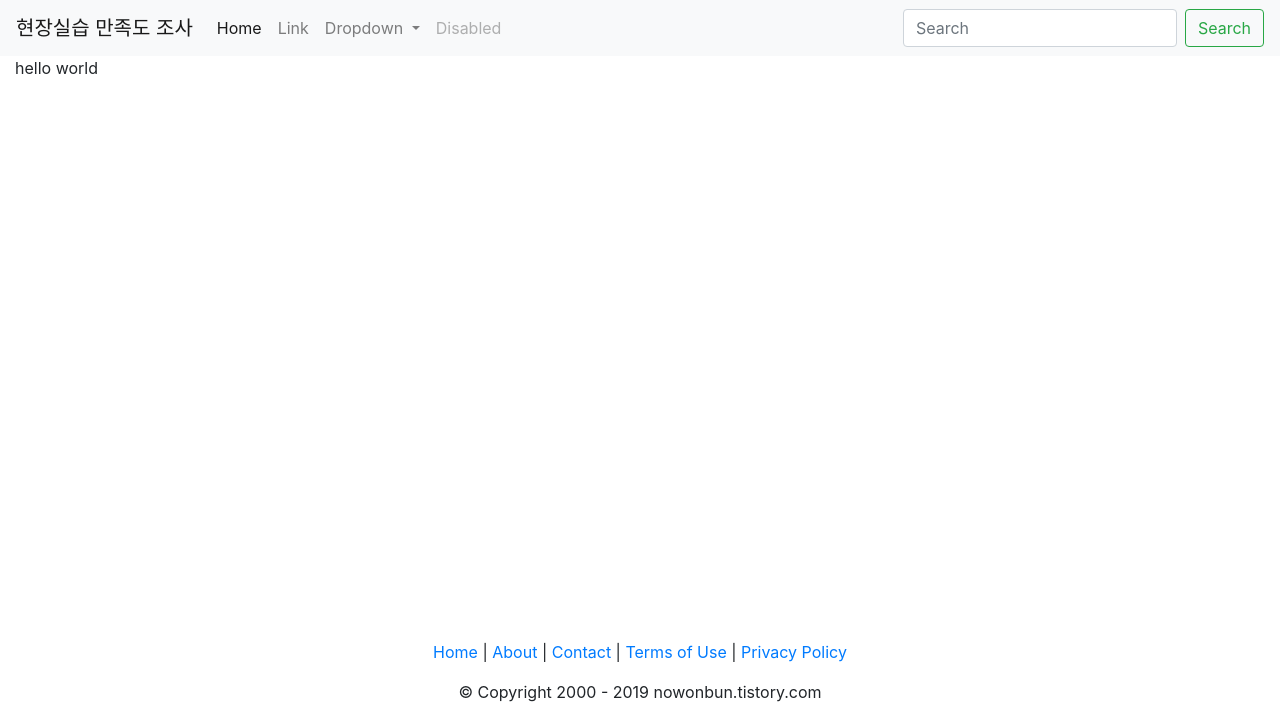
Repository: monho/studentenquete
Page: http://localhost/bsksproject/
These files come from the project's save history. The page is drawn as it stood at one moment and after the next save; the edit follows.
The browser window is 1280 px wide. The pictures show the whole page.
The page is served by Tomcat 9. Other server files are loaded and not shown.

Above is the page before, as saved 2021-10-08 03:19:27.

### bskspro/bsksproject/src/main/webapp/index.jsp
<%@ page language="java" contentType="text/html; charset=utf-8" pageEncoding="utf-8"%>

<!doctype html>
<html>
<head>
  <meta charset="utf-8">
      <link rel="stylesheet" href="./css/custom.css">
  <meta name="viewport" content="width=device-width, initial-scale=1, shrink-to-fit=no">
  <link rel="stylesheet" href="https://stackpath.bootstrapcdn.com/bootstrap/4.3.1/css/bootstrap.min.css" integrity="sha384-ggOyR0iXCbMQv3Xipma34MD+dH/1fQ784/j6cY/iJTQUOhcWr7x9JvoRxT2MZw1T" crossorigin="anonymous">
  <title>현장실습 만족도 조사</title>
</head>
<body>
  <!-- 해더 영역 // 네비게이션과 검색 박스, 모바일의 경우는 토글 버튼이 있다. -->
  <header>
    <nav class="navbar navbar-expand-lg navbar-light bg-light">
      <!-- 타이틀 -->
      <a class="navbar-brand" href="#">현장실습 만족도 조사</a>
      <!-- 모바일의 경우 토클 메뉴 버튼 -->
      <button class="navbar-toggler" type="button" data-toggle="collapse" data-target="#navbarSupportedContent" aria-controls="navbarSupportedContent" aria-expanded="false" aria-label="Toggle navigation">
        <span class="navbar-toggler-icon"></span>
      </button>
      <!-- 메뉴 -->
      <div class="collapse navbar-collapse" id="navbarSupportedContent">
        <ul class="navbar-nav mr-auto">
          <li class="nav-item active">
            <a class="nav-link" href="#">Home <span class="sr-only">(current)</span></a>
          </li>
          <li class="nav-item">
            <a class="nav-link" href="#">Link</a>
          </li>
          <li class="nav-item dropdown">
            <a class="nav-link dropdown-toggle" href="#" id="navbarDropdown" role="button" data-toggle="dropdown" aria-haspopup="true" aria-expanded="false">
              Dropdown
            </a>
            <div class="dropdown-menu" aria-labelledby="navbarDropdown">
              <a class="dropdown-item" href="#">Action</a>
              <a class="dropdown-item" href="#">Another action</a>
              <div class="dropdown-divider"></div>
              <a class="dropdown-item" href="#">Something else here</a>
            </div>
          </li>
          <li class="nav-item">
            <a class="nav-link disabled" href="#" tabindex="-1" aria-disabled="true">Disabled</a>
          </li>
        </ul>
        <!-- 검색 박스 -->
        <form class="form-inline my-2 my-lg-0">
          <input class="form-control mr-sm-2" type="search" placeholder="Search" aria-label="Search">
          <button class="btn btn-outline-success my-2 my-sm-0" type="submit">Search</button>
        </form>
      </div>
    </nav>
  </header>
  <!-- 메인 min-height는 내가 넣어서 최소 높이 설정을 했다. 푸터가 화면 하단에 생길수 있도록... -->
  <div class="container-fluid" style="min-height: calc(100vh - 136px);">
    hello world
  </div>
  <!-- 하단 푸터이다. 가운데 정렬를 했다. -->
  <footer style="text-align:center">
    <p class="about">
      <a href="."><i class="fa fa-home"></i> Home</a> |
      <a href="." rel="nofollow">About</a> |
      <a href="." rel="nofollow">Contact</a> |
      <a href="." rel="nofollow">Terms of Use</a> |
      <a href="." rel="nofollow">Privacy Policy</a>
    </p>
    <p>© Copyright 2000 - 2019 nowonbun.tistory.com  </p>
  </footer>
  <script src="https://code.jquery.com/jquery-3.3.1.slim.min.js" integrity="sha384-q8i/X+965DzO0rT7abK41JStQIAqVgRVzpbzo5smXKp4YfRvH+8abtTE1Pi6jizo" crossorigin="anonymous"></script>
  <script src="https://cdnjs.cloudflare.com/ajax/libs/popper.js/1.14.7/umd/popper.min.js" integrity="sha384-UO2eT0CpHqdSJQ6hJty5KVphtPhzWj9WO1clHTMGa3JDZwrnQq4sF86dIHNDz0W1" crossorigin="anonymous"></script>
  <script src="https://stackpath.bootstrapcdn.com/bootstrap/4.3.1/js/bootstrap.min.js" integrity="sha384-JjSmVgyd0p3pXB1rRibZUAYoIIy6OrQ6VrjIEaFf/nJGzIxFDsf4x0xIM+B07jRM" crossorigin="anonymous"></script>
</body>
</html>

### bskspro/bsksproject/src/main/webapp/css/custom.css
@charset "UTF-8";

body {

 font-family: 'Noto Sans KR', sans-serif;


}

After the next save:
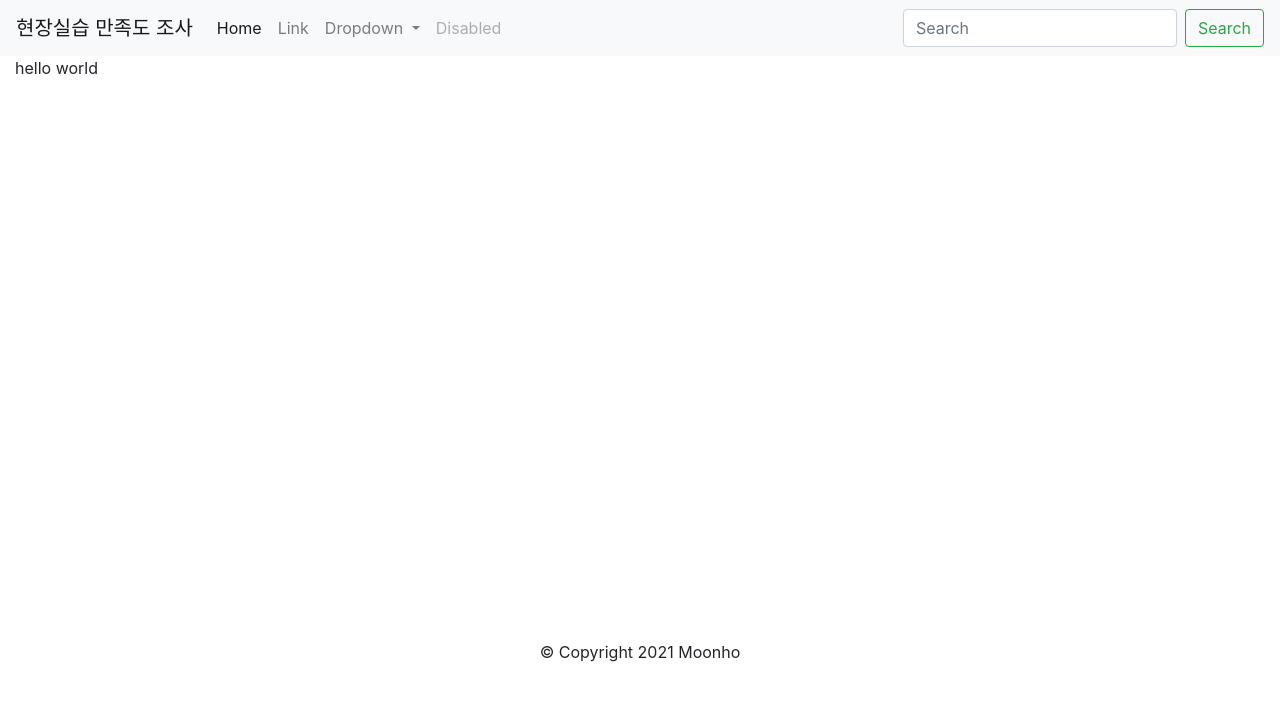
Saved 26 s later.
--- a/bskspro/bsksproject/src/main/webapp/index.jsp
+++ b/bskspro/bsksproject/src/main/webapp/index.jsp
@@ -57,14 +57,8 @@
   </div>
   <!-- 하단 푸터이다. 가운데 정렬를 했다. -->
   <footer style="text-align:center">
-    <p class="about">
-      <a href="."><i class="fa fa-home"></i> Home</a> |
-      <a href="." rel="nofollow">About</a> |
-      <a href="." rel="nofollow">Contact</a> |
-      <a href="." rel="nofollow">Terms of Use</a> |
-      <a href="." rel="nofollow">Privacy Policy</a>
-    </p>
-    <p>© Copyright 2000 - 2019 nowonbun.tistory.com  </p>
+
+    <p>© Copyright 2021 Moonho </p>
   </footer>
   <script src="https://code.jquery.com/jquery-3.3.1.slim.min.js" integrity="sha384-q8i/X+965DzO0rT7abK41JStQIAqVgRVzpbzo5smXKp4YfRvH+8abtTE1Pi6jizo" crossorigin="anonymous"></script>
   <script src="https://cdnjs.cloudflare.com/ajax/libs/popper.js/1.14.7/umd/popper.min.js" integrity="sha384-UO2eT0CpHqdSJQ6hJty5KVphtPhzWj9WO1clHTMGa3JDZwrnQq4sF86dIHNDz0W1" crossorigin="anonymous"></script>
